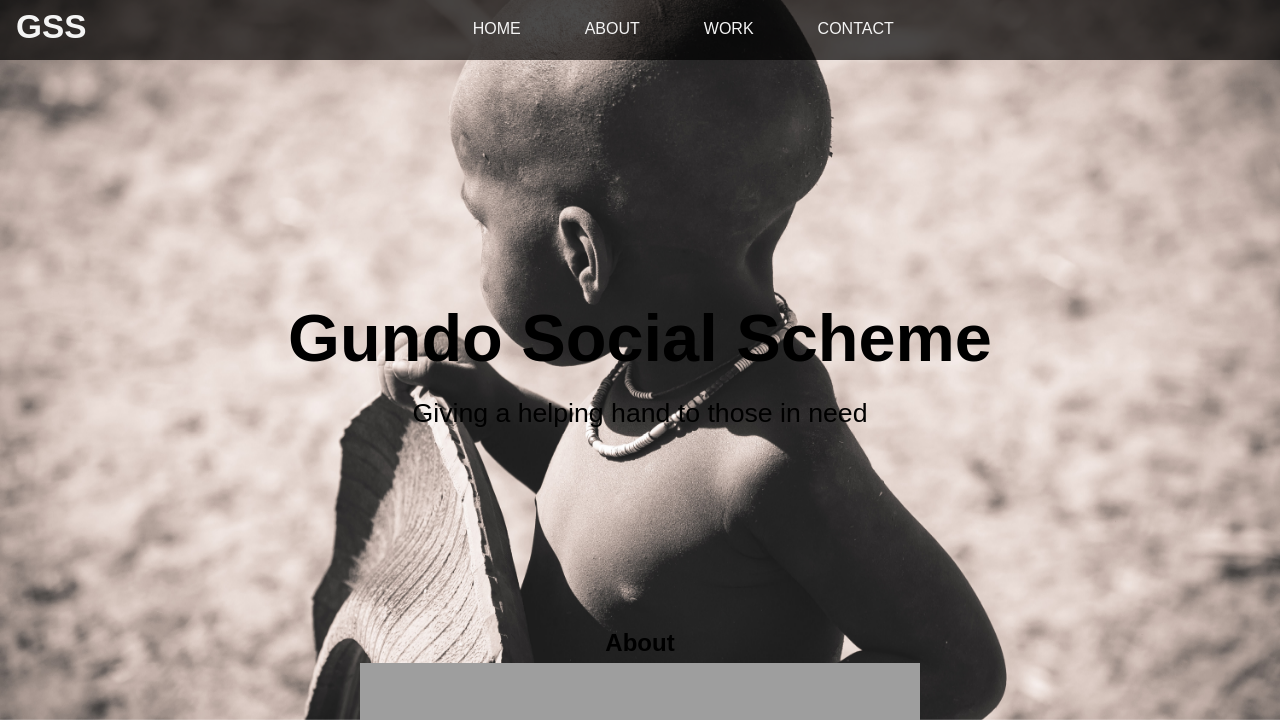
Repository: blessingNtoko/gss-basic_website
Page: index.html
These files come from the project's save history. The page is drawn as it stood at one moment and after the next save; the edit follows.
The browser window is 1280 px wide. The pictures show the whole page.
Pictures or frames that could not be fetched are drawn as grey boxes. An inner scrolling area shows only its first screen.

Above is the page before, as saved 2020-05-13 00:00:45.

After the next save:
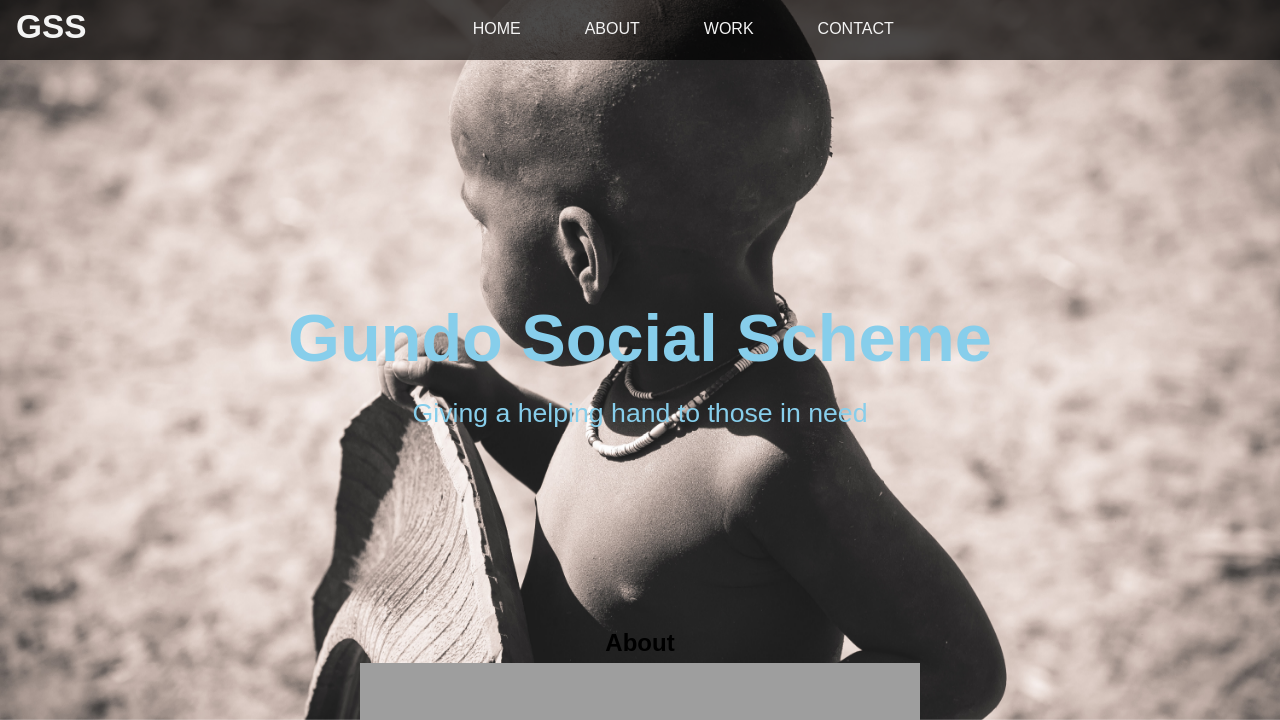
Saved 25 s later.
--- a/style.css
+++ b/style.css
@@ -84,7 +84,7 @@ section {
     background-repeat: no-repeat;
     background-size: cover;
     background-attachment: fixed;
-    color: black;
+    color: skyblue;
 }
 
 #home h1 {
